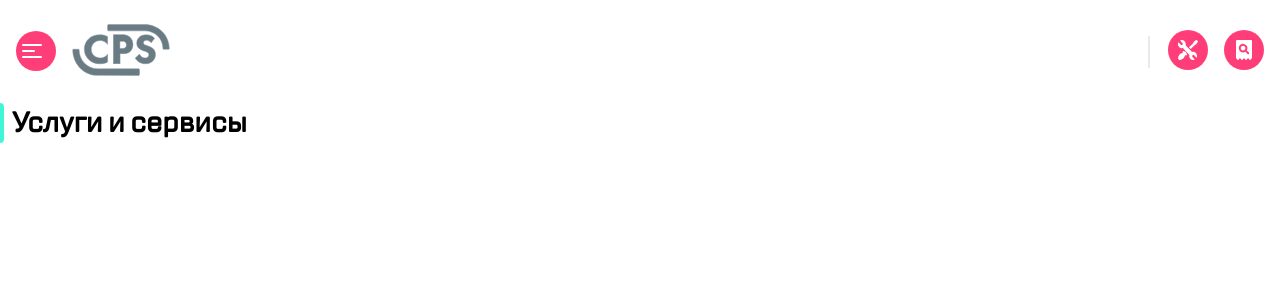
Repository: sem1103/bem
Page: index.html
An editor plug-in stored every save of this project. The page is shown before and after the next save, followed by the edit.
The browser window is 1280 px wide. The pictures show the whole page.

Above is the page before, as saved 2023-12-27 10:59:03.

After the next save:
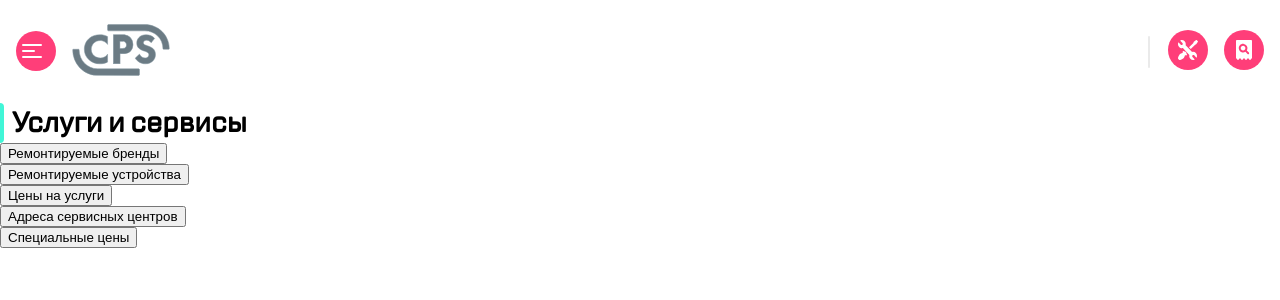
Saved 2 min 9 s later.
--- a/index.html
+++ b/index.html
@@ -97,6 +97,16 @@
                     <li><a href=""></a></li>
                 </ul>
             </div>
+
+            <div class="navigation">
+                <ul class="navigation__list">
+                    <li><button>Ремонтируемые бренды</button></li>
+                    <li><button>Ремонтируемые устройства</button></li>
+                    <li><button>Цены на услуги</button></li>
+                    <li><button>Адреса сервисных центров</button></li>
+                    <li><button>Специальные цены</button></li>
+                </ul>
+            </div>
         </main>
 
         <footer></footer>
